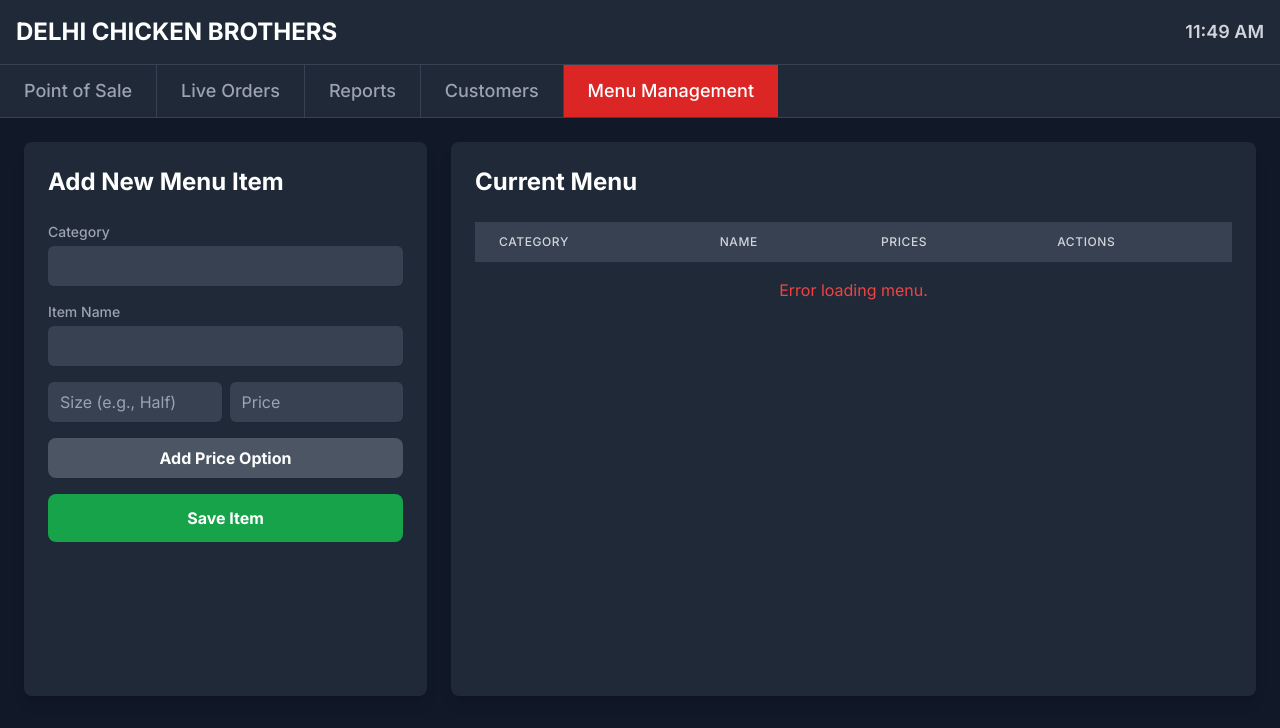
Repository: roydigital/dcb-pos-app
Page: menu-management.html
These files come from the project's save history. The page is drawn as it stood at one moment and after the next save; the edit follows.
The browser window is 1280 px wide. The pictures show the whole page.
The page's requests for data from a server got no answer. Some web libraries are served in a nearby version.

Above is the page before, as saved 2025-09-16 10:16:09.

### menu-management.html
<!DOCTYPE html>
<html lang="en">
<head>
    <meta charset="UTF-8">
    <meta name="viewport" content="width=device-width, initial-scale=1.0">
    <title>Menu Management - DCB POS</title>
    <script src="https://cdn.tailwindcss.com"></script>
    <link rel="preconnect" href="https://fonts.googleapis.com">
    <link rel="preconnect" href="https://fonts.gstatic.com" crossorigin>
    <link href="https://fonts.googleapis.com/css2?family=Inter:wght@400;500;600;700&display=swap" rel="stylesheet">
    <style>
        body {
            font-family: 'Inter', sans-serif;
        }
        /* Simple modal styles */
        .modal {
            display: none; /* Hidden by default */
            position: fixed; /* Stay in place */
            z-index: 1000; /* Sit on top */
            left: 0;
            top: 0;
            width: 100%; /* Full width */
            height: 100%; /* Full height */
            overflow: auto; /* Enable scroll if needed */
            background-color: rgba(0,0,0,0.6); /* Black w/ opacity */
        }
        .modal-content {
            background-color: #2d3748; /* bg-gray-800 */
            margin: 10% auto; /* 10% from the top and centered */
            padding: 2rem;
            border-radius: 0.5rem;
            width: 90%;
            max-width: 500px;
        }
    </style>
</head>
<body class="bg-gray-900 text-gray-200">
    <div class="flex flex-col h-screen">
        <!-- Header -->
        <header class="bg-gray-800 p-4 flex justify-between items-center shadow-md">
            <h1 class="text-2xl font-bold text-white">DELHI CHICKEN BROTHERS</h1>
            <div id="current-time" class="text-lg font-semibold text-gray-300"></div>
        </header>

        <!-- Navigation Bar -->
        <nav class="bg-gray-800 border-t border-b border-gray-700">
            <div class="flex">
                <a href="index.html" class="px-6 py-3 text-lg font-medium text-gray-400 hover:bg-gray-700 border-r border-gray-700">Point of Sale</a>
                <a href="live-orders.html" class="px-6 py-3 text-lg font-medium text-gray-400 hover:bg-gray-700 border-r border-gray-700">Live Orders</a>
                <a href="reports.html" class="px-6 py-3 text-lg font-medium text-gray-400 hover:bg-gray-700 border-r border-gray-700">Reports</a>
                <a href="customers.html" class="px-6 py-3 text-lg font-medium text-gray-400 hover:bg-gray-700 border-r border-gray-700">Customers</a>
                <a href="menu-management.html" class="px-6 py-3 text-lg font-medium bg-red-600 text-white">Menu Management</a>
            </div>
        </nav>

        <!-- Main Content -->
        <main class="flex-grow p-6 flex space-x-6">
            <!-- Add New Item Form -->
            <div class="w-1/3 bg-gray-800 p-6 rounded-lg shadow-lg">
                <h2 class="text-2xl font-bold text-white mb-6">Add New Menu Item</h2>
                <form id="add-item-form" class="space-y-4">
                    <div>
                        <label for="category" class="block text-sm font-medium text-gray-400">Category</label>
                        <input type="text" id="category" name="category" required class="mt-1 block w-full bg-gray-700 border-gray-600 rounded-md shadow-sm py-2 px-3 text-white focus:outline-none focus:ring-red-500 focus:border-red-500">
                    </div>
                    <div>
                        <label for="item-name" class="block text-sm font-medium text-gray-400">Item Name</label>
                        <input type="text" id="item-name" name="name" required class="mt-1 block w-full bg-gray-700 border-gray-600 rounded-md shadow-sm py-2 px-3 text-white focus:outline-none focus:ring-red-500 focus:border-red-500">
                    </div>
                    <div id="price-options-container" class="space-y-4">
                        <div class="flex items-center space-x-2">
                            <input type="text" name="size" placeholder="Size (e.g., Half)" required class="block w-1/2 bg-gray-700 border-gray-600 rounded-md shadow-sm py-2 px-3 text-white focus:outline-none focus:ring-red-500 focus:border-red-500">
                            <input type="number" name="price" placeholder="Price" required class="block w-1/2 bg-gray-700 border-gray-600 rounded-md shadow-sm py-2 px-3 text-white focus:outline-none focus:ring-red-500 focus:border-red-500">
                        </div>
                    </div>
                    <button type="button" id="add-price-btn" class="w-full bg-gray-600 hover:bg-gray-500 text-white font-bold py-2 px-4 rounded-lg">Add Price Option</button>
                    <button type="submit" class="w-full bg-green-600 hover:bg-green-700 text-white font-bold py-3 px-4 rounded-lg">Save Item</button>
                </form>
            </div>

            <!-- Current Menu Table -->
            <div class="w-2/3 bg-gray-800 p-6 rounded-lg shadow-lg">
                <h2 class="text-2xl font-bold text-white mb-6">Current Menu</h2>
                <div class="overflow-y-auto h-full">
                    <table class="min-w-full">
                        <thead class="bg-gray-700">
                            <tr>
                                <th class="px-6 py-3 text-left text-xs font-medium text-gray-300 uppercase tracking-wider">Category</th>
                                <th class="px-6 py-3 text-left text-xs font-medium text-gray-300 uppercase tracking-wider">Name</th>
                                <th class="px-6 py-3 text-left text-xs font-medium text-gray-300 uppercase tracking-wider">Prices</th>
                                <th class="px-6 py-3 text-left text-xs font-medium text-gray-300 uppercase tracking-wider">Actions</th>
                            </tr>
                        </thead>
                        <tbody id="menu-table-body" class="divide-y divide-gray-700">
                            <!-- Menu items will be dynamically inserted here -->
                        </tbody>
                    </table>
                </div>
            </div>
        </main>
    </div>

    <!-- Edit Item Modal -->
    <div id="edit-item-modal" class="modal">
        <div class="modal-content">
            <h2 class="text-2xl font-bold text-white mb-6">Edit Menu Item</h2>
            <form id="edit-item-form" class="space-y-4">
                <input type="hidden" id="edit-item-id">
                <div>
                    <label for="edit-category" class="block text-sm font-medium text-gray-400">Category</label>
                    <input type="text" id="edit-category" name="category" required class="mt-1 block w-full bg-gray-700 border-gray-600 rounded-md shadow-sm py-2 px-3 text-white focus:outline-none focus:ring-red-500 focus:border-red-500">
                </div>
                <div>
                    <label for="edit-item-name" class="block text-sm font-medium text-gray-400">Item Name</label>
                    <input type="text" id="edit-item-name" name="name" required class="mt-1 block w-full bg-gray-700 border-gray-600 rounded-md shadow-sm py-2 px-3 text-white focus:outline-none focus:ring-red-500 focus:border-red-500">
                </div>
                <div id="edit-price-options-container" class="space-y-4">
                    <!-- Price options will be dynamically inserted here -->
                </div>
                <button type="button" id="edit-add-price-btn" class="w-full bg-gray-600 hover:bg-gray-500 text-white font-bold py-2 px-4 rounded-lg">Add Price Option</button>
                <div class="flex space-x-4">
                    <button type="submit" class="w-full bg-green-600 hover:bg-green-700 text-white font-bold py-3 px-4 rounded-lg">Save Changes</button>
                    <button type="button" id="cancel-edit-btn" class="w-full bg-gray-500 hover:bg-gray-600 text-white font-bold py-3 px-4 rounded-lg">Cancel</button>
                </div>
            </form>
        </div>
    </div>

    <script>
        let menuData = []; // Cache for menu data

        async function fetchAndDisplayMenu() {
            const tableBody = document.getElementById('menu-table-body');
            tableBody.innerHTML = ''; // Clear existing menu
            try {
                const response = await fetch('http://localhost:3004/api/menu');
                if (!response.ok) throw new Error('Failed to fetch menu');
                menuData = await response.json();

                if (menuData.length === 0) {
                    tableBody.innerHTML = '<tr><td colspan="4" class="text-center py-4 text-gray-500">No menu items found.</td></tr>';
                    return;
                }

                menuData.forEach(item => {
                    const prices = item.prices.map(p => `${p.size}: ₹${p.price.toFixed(2)}`).join(', ');
                    const row = `
                        <tr class="hover:bg-gray-700">
                            <td class="px-6 py-4 whitespace-nowrap">${item.category}</td>
                            <td class="px-6 py-4 whitespace-nowrap">${item.name}</td>
                            <td class="px-6 py-4 whitespace-normal">${prices}</td>
                            <td class="px-6 py-4 whitespace-nowrap text-sm font-medium">
                                <button class="edit-btn text-blue-500 hover:text-blue-700 mr-4" data-id="${item._id}">Edit</button>
                                <button class="delete-btn text-red-500 hover:text-red-700" data-id="${item._id}">Delete</button>
                            </td>
                        </tr>
                    `;
                    tableBody.innerHTML += row;
                });
            } catch (error) {
                console.error('Error fetching menu:', error);
                tableBody.innerHTML = '<tr><td colspan="4" class="text-center py-4 text-red-500">Error loading menu.</td></tr>';
            }
        }

        // --- Add New Item Logic ---
        document.getElementById('add-price-btn').addEventListener('click', () => {
            const container = document.getElementById('price-options-container');
            const newPriceOption = document.createElement('div');
            newPriceOption.className = 'flex items-center space-x-2';
            newPriceOption.innerHTML = `
                <input type="text" name="size" placeholder="Size (e.g., Full)" required class="block w-1/2 bg-gray-700 border-gray-600 rounded-md shadow-sm py-2 px-3 text-white focus:outline-none focus:ring-red-500 focus:border-red-500">
                <input type="number" name="price" placeholder="Price" required class="block w-1/2 bg-gray-700 border-gray-600 rounded-md shadow-sm py-2 px-3 text-white focus:outline-none focus:ring-red-500 focus:border-red-500">
            `;
            container.appendChild(newPriceOption);
        });

        document.getElementById('add-item-form').addEventListener('submit', async (event) => {
            event.preventDefault();
            const form = event.target;
            const formData = new FormData(form);

            const prices = [];
            const sizes = formData.getAll('size');
            const priceValues = formData.getAll('price');
            for (let i = 0; i < sizes.length; i++) {
                if (sizes[i] && priceValues[i]) {
                    prices.push({ size: sizes[i], price: parseFloat(priceValues[i]) });
                }
            }

            const itemData = {
                category: formData.get('category'),
                name: formData.get('name'),
                prices: prices
            };

            try {
                const response = await fetch('http://localhost:3004/api/menu', {
                    method: 'POST',
                    headers: { 'Content-Type': 'application/json' },
                    body: JSON.stringify(itemData)
                });

                if (!response.ok) throw new Error('Failed to save item');

                form.reset();
                const priceContainer = document.getElementById('price-options-container');
                while (priceContainer.children.length > 1) {
                    priceContainer.removeChild(priceContainer.lastChild);
                }

                fetchAndDisplayMenu(); // Refresh the menu
            } catch (error) {
                console.error('Error saving item:', error);
                alert('Failed to save menu item.');
            }
        });

        // --- Edit and Delete Logic ---
        document.getElementById('menu-table-body').addEventListener('click', async (event) => {
            const target = event.target;
            const id = target.dataset.id;

            // Handle Delete
            if (target.classList.contains('delete-btn')) {
                if (confirm('Are you sure you want to delete this item?')) {
                    try {
                        const response = await fetch(`http://localhost:3004/api/menu/${id}`, {
                            method: 'DELETE'
                        });
                        if (!response.ok) throw new Error('Failed to delete item');
                        fetchAndDisplayMenu(); // Refresh table
                    } catch (error) {
                        console.error('Error deleting item:', error);
                        alert('Failed to delete item.');
                    }
                }
            }

            // Handle Edit
            if (target.classList.contains('edit-btn')) {
                const item = menuData.find(i => i._id === id);
                if (item) {
                    document.getElementById('edit-item-id').value = item._id;
                    document.getElementById('edit-category').value = item.category;
                    document.getElementById('edit-item-name').value = item.name;

                    const priceContainer = document.getElementById('edit-price-options-container');
                    priceContainer.innerHTML = ''; // Clear previous price fields
                    item.prices.forEach(p => {
                        const priceRow = document.createElement('div');
                        priceRow.className = 'flex items-center space-x-2';
                        priceRow.innerHTML = `
                            <input type="text" name="size" value="${p.size}" required class="block w-1/2 bg-gray-700 border-gray-600 rounded-md shadow-sm py-2 px-3 text-white">
                            <input type="number" name="price" value="${p.price}" required class="block w-1/2 bg-gray-700 border-gray-600 rounded-md shadow-sm py-2 px-3 text-white">
                        `;
                        priceContainer.appendChild(priceRow);
                    });

                    document.getElementById('edit-item-modal').style.display = 'block';
                }
            }
        });

        // Add price option in edit modal
        document.getElementById('edit-add-price-btn').addEventListener('click', () => {
            const container = document.getElementById('edit-price-options-container');
            const newPriceOption = document.createElement('div');
            newPriceOption.className = 'flex items-center space-x-2';
            newPriceOption.innerHTML = `
                <input type="text" name="size" placeholder="Size" required class="block w-1/2 bg-gray-700 border-gray-600 rounded-md shadow-sm py-2 px-3 text-white">
                <input type="number" name="price" placeholder="Price" required class="block w-1/2 bg-gray-700 border-gray-600 rounded-md shadow-sm py-2 px-3 text-white">
            `;
            container.appendChild(newPriceOption);
        });

        // Handle Edit Form Submission
        document.getElementById('edit-item-form').addEventListener('submit', async (event) => {
            event.preventDefault();
            const id = document.getElementById('edit-item-id').value;
            const form = event.target;
            const formData = new FormData(form);

            const prices = [];
            const sizes = formData.getAll('size');
            const priceValues = formData.getAll('price');
            for (let i = 0; i < sizes.length; i++) {
                 if (sizes[i] && priceValues[i]) {
                    prices.push({ size: sizes[i], price: parseFloat(priceValues[i]) });
                }
            }

            const updatedData = {
                category: formData.get('category'),
                name: formData.get('name'),
                prices: prices
            };

            try {
                const response = await fetch(`http://localhost:3004/api/menu/${id}`, {
                    method: 'PUT',
                    headers: { 'Content-Type': 'application/json' },
                    body: JSON.stringify(updatedData)
                });
                if (!response.ok) throw new Error('Failed to update item');

                document.getElementById('edit-item-modal').style.display = 'none';
                fetchAndDisplayMenu();
            } catch (error) {
                console.error('Error updating item:', error);
                alert('Failed to update item.');
            }
        });

        // Cancel Edit
        document.getElementById('cancel-edit-btn').addEventListener('click', () => {
            document.getElementById('edit-item-modal').style.display = 'none';
        });

        // --- Utility Functions ---
        function updateTime() {
            const timeEl = document.getElementById('current-time');
            const now = new Date();
            timeEl.textContent = now.toLocaleTimeString('en-US', { hour: '2-digit', minute: '2-digit', hour12: true });
        }

        // Initial calls
        document.addEventListener('DOMContentLoaded', fetchAndDisplayMenu);
        updateTime();
        setInterval(updateTime, 1000);
    </script>
</body>
</html>

After the next save:
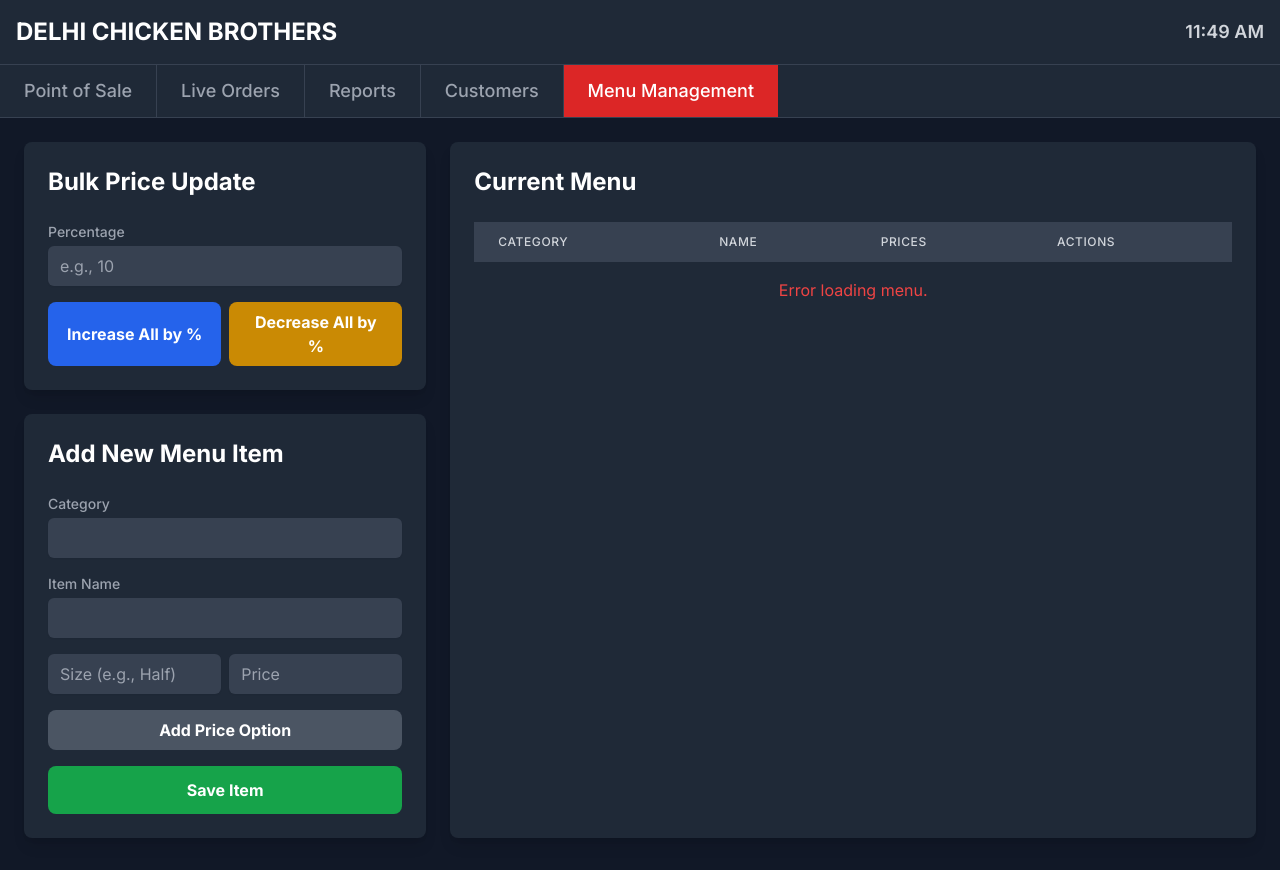
Saved 24 s later.
--- a/menu-management.html
+++ b/menu-management.html
@@ -55,12 +55,29 @@
 
         <!-- Main Content -->
         <main class="flex-grow p-6 flex space-x-6">
-            <!-- Add New Item Form -->
-            <div class="w-1/3 bg-gray-800 p-6 rounded-lg shadow-lg">
-                <h2 class="text-2xl font-bold text-white mb-6">Add New Menu Item</h2>
-                <form id="add-item-form" class="space-y-4">
-                    <div>
-                        <label for="category" class="block text-sm font-medium text-gray-400">Category</label>
+            <!-- Left Column: Forms -->
+            <div class="w-1/3 flex flex-col space-y-6">
+                <!-- Bulk Price Update -->
+                <div class="bg-gray-800 p-6 rounded-lg shadow-lg">
+                    <h2 class="text-2xl font-bold text-white mb-6">Bulk Price Update</h2>
+                    <div class="space-y-4">
+                        <div>
+                            <label for="percentage-input" class="block text-sm font-medium text-gray-400">Percentage</label>
+                            <input type="number" id="percentage-input" placeholder="e.g., 10" class="mt-1 block w-full bg-gray-700 border-gray-600 rounded-md shadow-sm py-2 px-3 text-white focus:outline-none focus:ring-red-500 focus:border-red-500">
+                        </div>
+                        <div class="flex space-x-2">
+                            <button id="increase-prices-btn" class="w-full bg-blue-600 hover:bg-blue-700 text-white font-bold py-2 px-4 rounded-lg">Increase All by %</button>
+                            <button id="decrease-prices-btn" class="w-full bg-yellow-600 hover:bg-yellow-700 text-white font-bold py-2 px-4 rounded-lg">Decrease All by %</button>
+                        </div>
+                    </div>
+                </div>
+
+                <!-- Add New Item Form -->
+                <div class="bg-gray-800 p-6 rounded-lg shadow-lg">
+                    <h2 class="text-2xl font-bold text-white mb-6">Add New Menu Item</h2>
+                    <form id="add-item-form" class="space-y-4">
+                        <div>
+                            <label for="category" class="block text-sm font-medium text-gray-400">Category</label>
                         <input type="text" id="category" name="category" required class="mt-1 block w-full bg-gray-700 border-gray-600 rounded-md shadow-sm py-2 px-3 text-white focus:outline-none focus:ring-red-500 focus:border-red-500">
                     </div>
                     <div>
@@ -76,6 +93,8 @@
                     <button type="button" id="add-price-btn" class="w-full bg-gray-600 hover:bg-gray-500 text-white font-bold py-2 px-4 rounded-lg">Add Price Option</button>
                     <button type="submit" class="w-full bg-green-600 hover:bg-green-700 text-white font-bold py-3 px-4 rounded-lg">Save Item</button>
                 </form>
+                    </form>
+                </div>
             </div>
 
             <!-- Current Menu Table -->
@@ -329,6 +348,45 @@
         document.addEventListener('DOMContentLoaded', fetchAndDisplayMenu);
         updateTime();
         setInterval(updateTime, 1000);
+
+        // --- Bulk Price Update Logic ---
+        document.getElementById('increase-prices-btn').addEventListener('click', () => handleBulkUpdate('increase'));
+        document.getElementById('decrease-prices-btn').addEventListener('click', () => handleBulkUpdate('decrease'));
+
+        async function handleBulkUpdate(direction) {
+            const percentageInput = document.getElementById('percentage-input');
+            const percentage = parseFloat(percentageInput.value);
+
+            if (isNaN(percentage) || percentage <= 0) {
+                alert('Please enter a valid percentage greater than 0.');
+                return;
+            }
+
+            const confirmationMessage = `Are you sure you want to ${direction} all prices by ${percentage}%? This action cannot be undone.`;
+            if (!confirm(confirmationMessage)) {
+                return;
+            }
+
+            try {
+                const response = await fetch('http://localhost:3004/api/menu/bulk-update-prices', {
+                    method: 'POST',
+                    headers: { 'Content-Type': 'application/json' },
+                    body: JSON.stringify({ percentage, direction })
+                });
+
+                if (!response.ok) {
+                    const errorData = await response.json();
+                    throw new Error(errorData.message || 'Failed to update prices.');
+                }
+
+                alert('Prices updated successfully!');
+                percentageInput.value = ''; // Clear input
+                fetchAndDisplayMenu(); // Refresh the menu
+            } catch (error) {
+                console.error('Error during bulk price update:', error);
+                alert(`An error occurred: ${error.message}`);
+            }
+        }
     </script>
 </body>
 </html>
